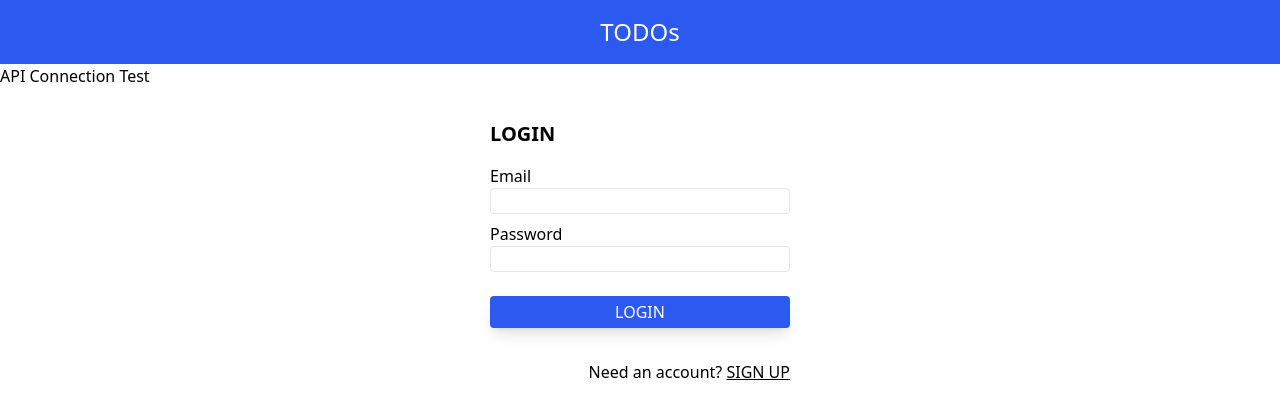
Repository: Jay-JYKim91/wanted-pre-onboarding-challenge-fe-1
Page: /auth
An editor plug-in stored every save of this project. The page is shown before and after the next save, followed by the edit.
The browser window is 1280 px wide. The pictures show the whole page.
The project was rebuilt for these pictures with package versions that can differ from the ones it lists, and the page was loaded fresh each time.

Above is the page before, as saved 2022-07-29 23:11:28.

### src/index.tsx
import React from "react"
import ReactDOM from "react-dom/client"
import "./index.css"
import App from "./App"
import { BrowserRouter } from "react-router-dom"

const root = ReactDOM.createRoot(document.getElementById("root") as HTMLElement)
root.render(
  <React.StrictMode>
    <BrowserRouter>
      <App />
    </BrowserRouter>
  </React.StrictMode>
)

### src/App.tsx
import React from "react"
import { Route, Routes } from "react-router-dom"
import Auth from "./page/Auth"

function App() {
  return (
    <div className="App">
      <header className="bg-primary-900 text-white text-center py-4 text-2xl">
        <span>TODOs</span>
      </header>
      <Routes>
        <Route path="/auth" element={<Auth />} />
      </Routes>
    </div>
  )
}

export default App

### src/page/Auth.tsx
import React, { useState } from "react"

type logInOrSignUp = "logIn" | "signUp"

function Auth() {
  const [logInOrSignUp, setLogInOrSignUp] = useState<logInOrSignUp>("logIn")

  function test() {
    const data = {
      email: "randomEmail@email.com",
      password: "testPassword",
    }

    fetch("http://localhost:8080/users/create", {
      method: "POST",
      headers: { "Content-Type": "application/json" },
      body: JSON.stringify(data),
    })
      .then((response) => response.json())
      .then((res) => console.log(res))
  }

  return (
    <div>
      <button onClick={test}>API Connection Test</button>
      <div className="max-w-[300px] m-auto my-8">
        <h1 className="font-bold text-xl uppercase">{logInOrSignUp}</h1>
        <form className="my-4">
          <div className="flex flex-col mb-2">
            <label htmlFor="emailForLogin">Email</label>
            <input type="email" id="emailForLogin" className="border rounded" />
          </div>
          <div className="flex flex-col mb-2">
            <label htmlFor="passwordForLogin">Password</label>
            <input
              type="password"
              id="passwordForLogin"
              className="border rounded"
            />
          </div>
          <button
            type="button"
            className="w-full py-1 my-4 uppercase rounded bg-primary-900 text-white shadow-lg"
          >
            {logInOrSignUp}
          </button>
        </form>
        {logInOrSignUp === "logIn" ? (
          <p className="text-right">
            Need an account?{" "}
            <button
              type="button"
              className="underline"
              onClick={() => setLogInOrSignUp("signUp")}
            >
              SIGN UP
            </button>
          </p>
        ) : (
          <p className="text-right">
            Already a user?{" "}
            <button
              type="button"
              className="underline"
              onClick={() => setLogInOrSignUp("logIn")}
            >
              LOGIN
            </button>
          </p>
        )}
      </div>
    </div>
  )
}

export default Auth

### tailwind.config.js
/** @type {import('tailwindcss').Config} */
module.exports = {
  content: [
    "./src/**/*.{js,jsx,ts,tsx}",
  ],
  theme: {
    extend: {
      colors: {
        'primary': {
          100: '#47dfbc',
          500: '#428afe',
          900: '#2c5af1',
        }
      },
    },
  },
  plugins: [],
}

Loaded but not shown: public/index.html (common file); src/index.css (common file)

After the next save:
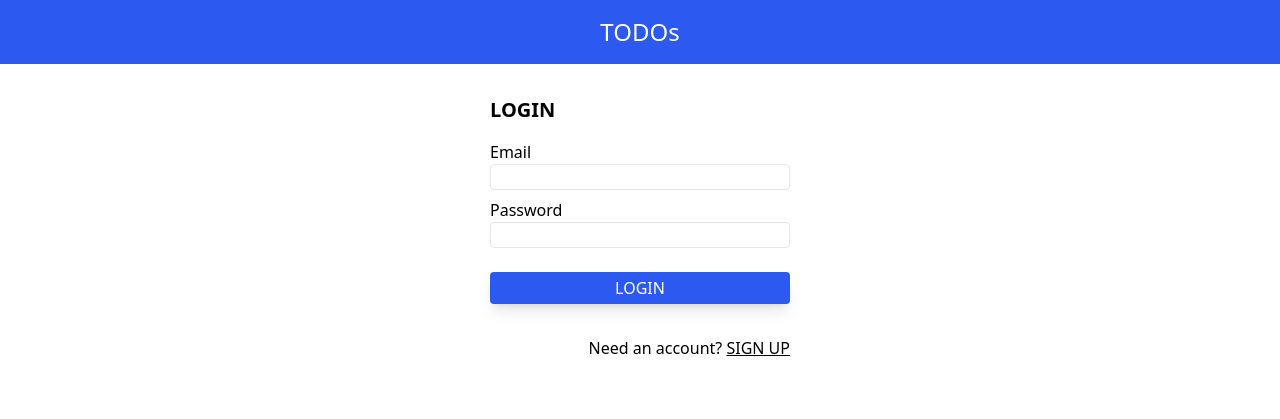
Saved 2 days later.
--- a/src/page/Auth.tsx
+++ b/src/page/Auth.tsx
@@ -5,24 +5,24 @@ type logInOrSignUp = "logIn" | "signUp"
 function Auth() {
   const [logInOrSignUp, setLogInOrSignUp] = useState<logInOrSignUp>("logIn")
 
-  function test() {
-    const data = {
-      email: "randomEmail@email.com",
-      password: "testPassword",
-    }
+  // function test() {
+  //   const data = {
+  //     email: "randomEmail@email.com",
+  //     password: "testPassword",
+  //   }
 
-    fetch("http://localhost:8080/users/create", {
-      method: "POST",
-      headers: { "Content-Type": "application/json" },
-      body: JSON.stringify(data),
-    })
-      .then((response) => response.json())
-      .then((res) => console.log(res))
-  }
+  //   fetch("http://localhost:8080/users/create", {
+  //     method: "POST",
+  //     headers: { "Content-Type": "application/json" },
+  //     body: JSON.stringify(data),
+  //   })
+  //     .then((response) => response.json())
+  //     .then((res) => console.log(res))
+  // }
 
   return (
     <div>
-      <button onClick={test}>API Connection Test</button>
+      {/* <button onClick={test}>API Connection Test</button> */}
       <div className="max-w-[300px] m-auto my-8">
         <h1 className="font-bold text-xl uppercase">{logInOrSignUp}</h1>
         <form className="my-4">
